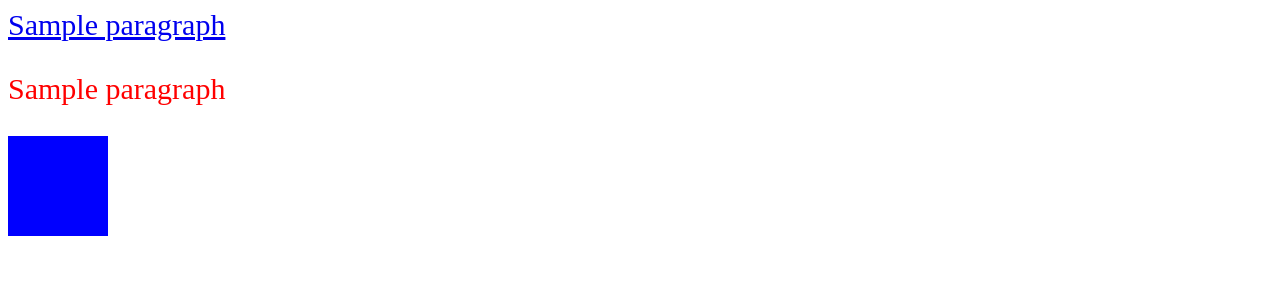
Repository: Sayan-100/Javascript
Page: Javascript Coding/Jquery/Jquery2/index.html
The author's editor kept a copy of each file at every save. The page is drawn from the files as they stood at one save, then again after the next save.
The browser window is 1280 px wide. The pictures show the whole page.
After loading, the first visible `div` was clicked once.

Above is the page before, as saved 2022-01-25 22:10:00.

After the next save:
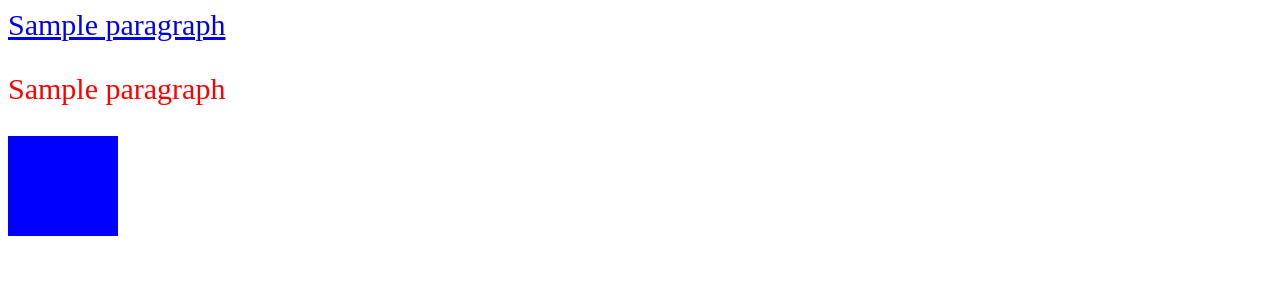
Saved 48 s later.
--- a/Javascript Coding/Jquery/Jquery2/script.js
+++ b/Javascript Coding/Jquery/Jquery2/script.js
@@ -18,7 +18,6 @@ $('div').css({
 // });
 
 $('div').on('click', function() {
-    var element = $(this);
     alert("Div is clicked here");
 })
 
@@ -32,3 +31,8 @@ $('a').on('click', function(event) {
     event.preventDefault();
     alert("Anchor tag Clicked");
 });
+$('div').on('click', function() {
+    var element = $(this);
+    element.width(element.width() + 10 + "px");
+    alert("Div is clicked here");
+})
